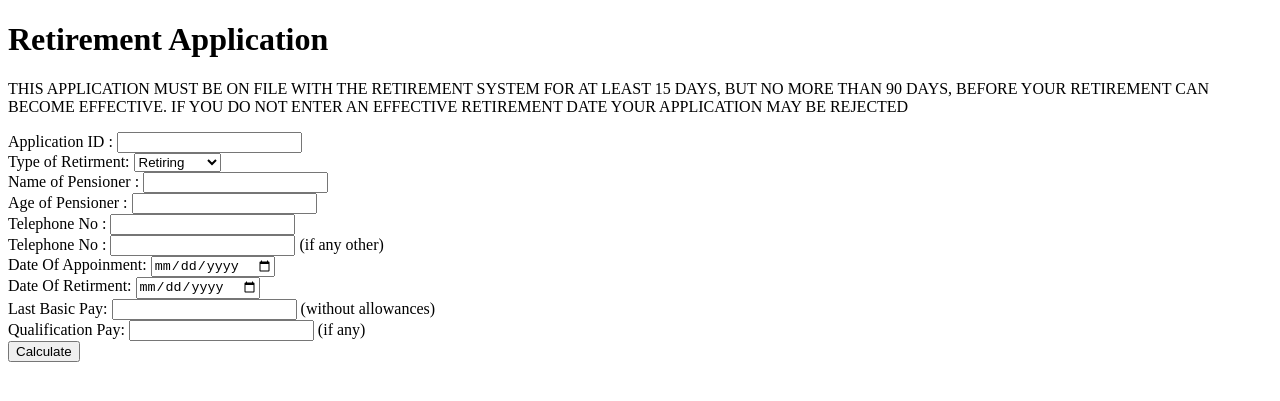
Repository: AQSA-ABDULLAH/RetirementManagmentSystem
Page: RetimentManagmentSystem/src/main/webapp/RetirementApplicationForm.html
These files come from the project's save history. The page is drawn as it stood at one moment and after the next save; the edit follows.
The browser window is 1280 px wide. The pictures show the whole page.

Above is the page before, as saved 2023-08-13 18:14:47.

### RetimentManagmentSystem/src/main/webapp/RetirementApplicationForm.html
<!DOCTYPE html>
<html>
<head>
<meta charset="ISO-8859-1">
<title>Retirment Application</title>
</head>
<body>
  <h1>Retirement Application</h1>
  <form method="post" action="myservlet">

	<p>THIS APPLICATION MUST BE ON FILE WITH THE RETIREMENT SYSTEM FOR AT LEAST 15 DAYS, BUT NO MORE THAN 90
DAYS, BEFORE YOUR RETIREMENT CAN BECOME EFFECTIVE. IF YOU DO NOT ENTER AN EFFECTIVE RETIREMENT DATE
YOUR APPLICATION MAY BE REJECTED</p>

	<label for="id">Application ID :</label>
    <input type="number" id="id" required><br>

	<label for="type">Type of Retirment:</label>
	<select id="fruits" name="fruits">
		<option value="apple">Retiring</option>
		<option value="banana">Banana</option>
        <option value="orange">Orange</option>
        <option value="grape">Grape</option>
        <option value="strawberry">Strawberry</option>
      </select><br>

    <label for="name">Name of Pensioner :</label>
    <input type="text" id="name" required><br>

    <label for="age">Age of Pensioner :</label>
    <input type="number" id="age" required><br>

    <label for="phoneno">Telephone No :</label>
    <input type="number" id="phoneno" required><br>

    <label for="phoneno">Telephone No :</label>
    <input type="number" id="phoneno" required>
    <span>(if any other)</span><br>

    <label for="DateAppoinment">Date Of Appoinment:</label>
    <input type="date" id="DateApponiment" required><br>

    <label for="DateRetirment">Date Of Retirment:</label>
    <input type="date" id="DateRetirment" required><br>

    <label for="BasicPay">Last Basic Pay:</label>
    <input type="number" id="BasicPay" required>
    <span>(without allowances)</span><br>

    <label for="QualificationPay">Qualification Pay:</label>
    <input type="number" id="QualificationPay">
    <span>(if any)</span><br>

    <button type="button" onclick="calculatePension()">Calculate</button>
  </form>

  <p id="result"></p>
</body>
</html>

After the next save:
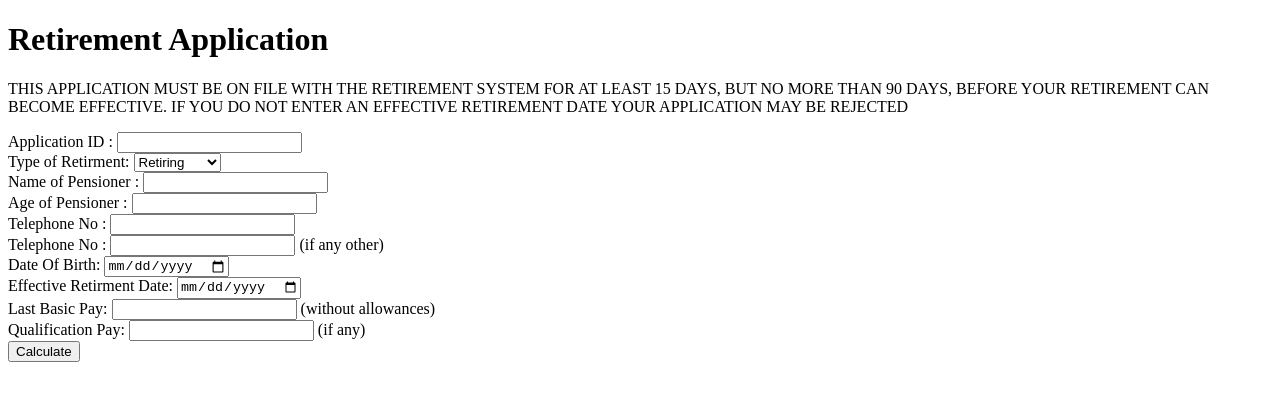
Saved 12 min 45 s later.
--- a/RetimentManagmentSystem/src/main/webapp/RetirementApplicationForm.html
+++ b/RetimentManagmentSystem/src/main/webapp/RetirementApplicationForm.html
@@ -37,10 +37,10 @@ YOUR APPLICATION MAY BE REJECTED</p>
     <input type="number" id="phoneno" required>
     <span>(if any other)</span><br>
 
-    <label for="DateAppoinment">Date Of Appoinment:</label>
-    <input type="date" id="DateApponiment" required><br>
+    <label for="DateBirth">Date Of Birth:</label>
+    <input type="date" id="DateBirth" required><br>
 
-    <label for="DateRetirment">Date Of Retirment:</label>
+    <label for="DateRetirment">Effective Retirment Date:</label>
     <input type="date" id="DateRetirment" required><br>
 
     <label for="BasicPay">Last Basic Pay:</label>
